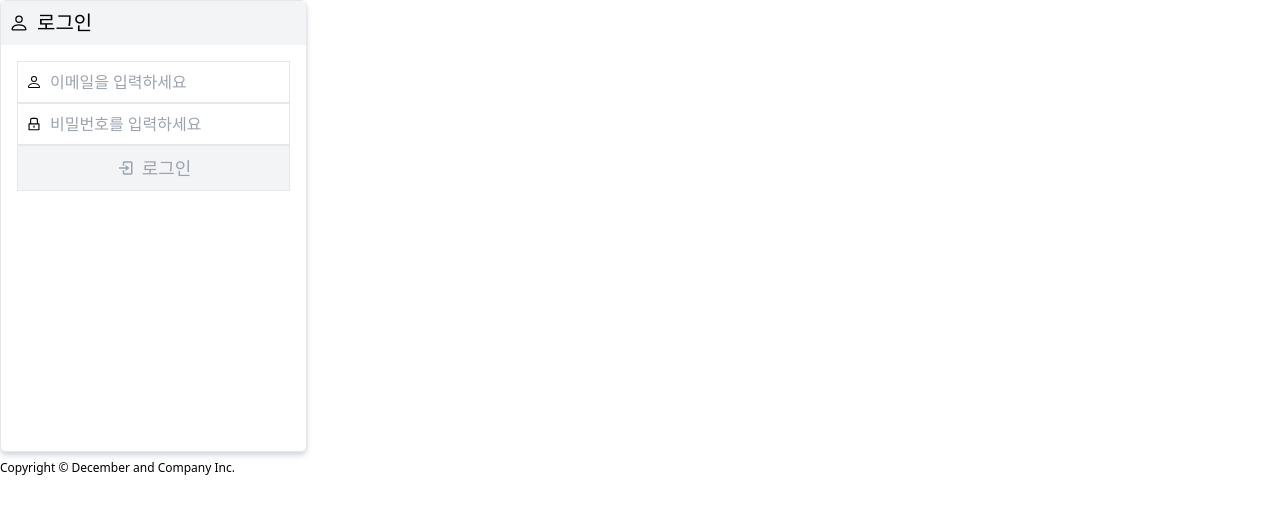
Repository: wanted-pre-onboarding-4/pre-onboarding-assignment-week-4-1-team-4
Page: /login (app in client/)
The author's editor kept a copy of each file at every save. The page is drawn from the files as they stood at one save, then again after the next save.
The browser window is 1280 px wide. The pictures show the whole page.
The project was rebuilt for these pictures with package versions that can differ from the ones it lists, and the page was loaded fresh each time. Also part of the build but not shown: client/src/components/Footer.jsx, client/src/components/Header.jsx, client/src/components/Sider.jsx, client/src/components/Layout.jsx.

Above is the page before, as saved 2022-09-20 21:20:40.

After the next save:
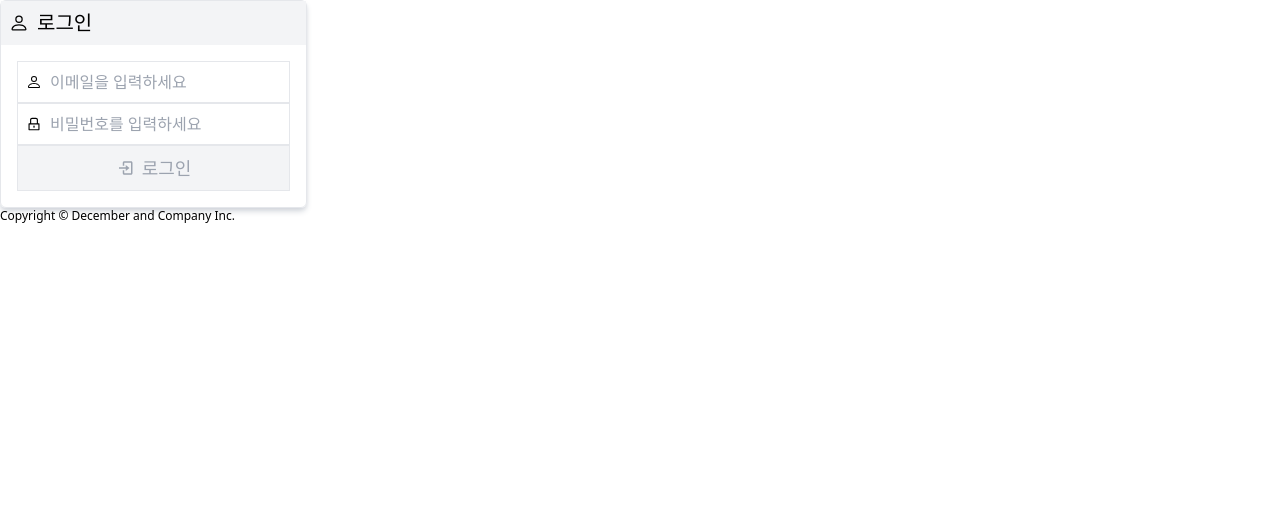
Saved 6 s later.
--- a/client/src/pages/login/Login.jsx
+++ b/client/src/pages/login/Login.jsx
@@ -5,7 +5,7 @@ import { BiLogIn } from 'react-icons/bi';
 
 const Login = () => {
   return (
-    <div className='grid gap-y-2'>
+    <div >
       <div className='border-solid border-[1px] rounded-md shadow-md shadow-gray-300'>
         <div className="flex items-center justify-start space-x-2 p-2 font-medium text-xl bg-gray-100">
           <BsPerson />
